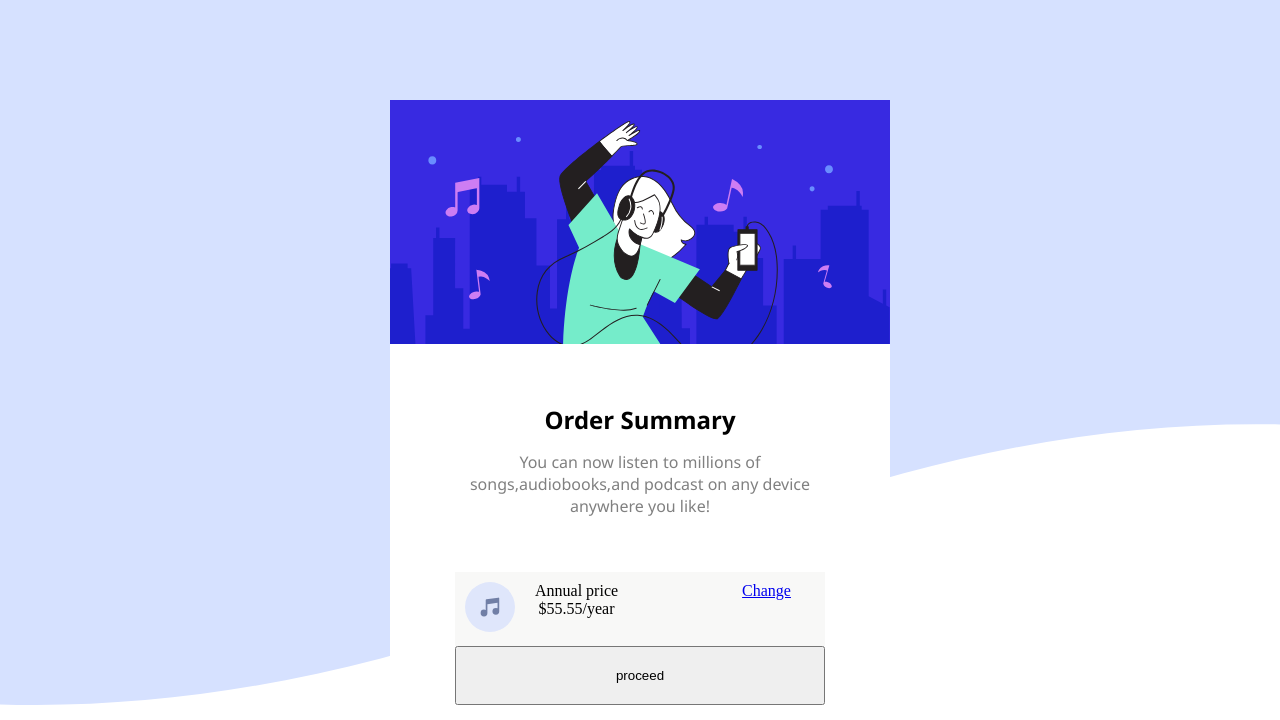
Repository: Eugene44-hub/newbie-project
Page: index.html
These files come from the project's save history. The page is drawn as it stood at one moment and after the next save; the edit follows.
The browser window is 1280 px wide. The pictures show the whole page.

Above is the page before, as saved 2021-08-29 03:54:39.

### index.html
<!DOCTYPE html>
<html lang="en">

<head>
    <link rel="stylesheet" href="style.css">
    <meta charset="UTF-8">
    <meta http-equiv="X-UA-Compatible" content="IE=edge">
    <meta name="viewport" content="width=device-width, initial-scale=1.0">
    <title>Document</title>
</head>

<body>
    <div class="container">

        <div class="card-container">
            <div class="card">
                <div class="content">
                    <img src="illustration-hero.svg">
                    <div class="text">
                        <h2>Order Summary</h2>
                        <p>You can now listen to millions of songs,audiobooks,and podcast on any device anywhere you like!</p>
                    </div>
                    <div class="musicCard">
                        <div class=musicIcon> <img src="icon-music.svg" id="icon" alt=""></div>
                        <div class="sub">Annual price <br>$55.55/year
                        </div>
                        <div class="link">
                            <a href="#">Change</a>
                        </div>

                    </div>
                    <button>
                        proceed
                    </button>
                </div>

            </div>
        </div>

    </div>
</body>

</html>

### style.css
* {
    padding: 0;
    margin: 0;
}

.container {
    background-image: url('pattern-background-desktop.svg');
    background-repeat: no-repeat;
    background-position: center;
    background-size: cover;
}

.card-container {
    display: flex;
    justify-content: center;
    align-content: center;
    padding-top: 100px;
}

img {
    width: 100%;
}

.card {
    flex: 50%;
    max-width: 500px;
}

.content {
    text-align: center;
    background-color: white;
}

h2,
p {
    font-family: 'Segoe UI', Tahoma, Geneva, Verdana, sans-serif;
}

.text {
    padding: 55px;
}

h2 {
    margin-bottom: 15px;
}

p {
    color: grey;
}

.musicCard {
    display: flex;
    justify-content: center;
    align-content: center;
    width: 70%;
    margin: auto;
    background-color: rgb(248, 248, 247);
    padding: 10px;
    flex-wrap: wrap;
}

.link {
    flex: 10%;
    margin-left: 100px;
}

.musicIcon {
    flex: 80%;
    max-width: 50px;
    margin-right: 20px;
}

.price {
    flex: 10%;
    text-align: right;
}

button {
    width: 74%;
    margin: auto;
    padding: 20px;
v}

After the next save:
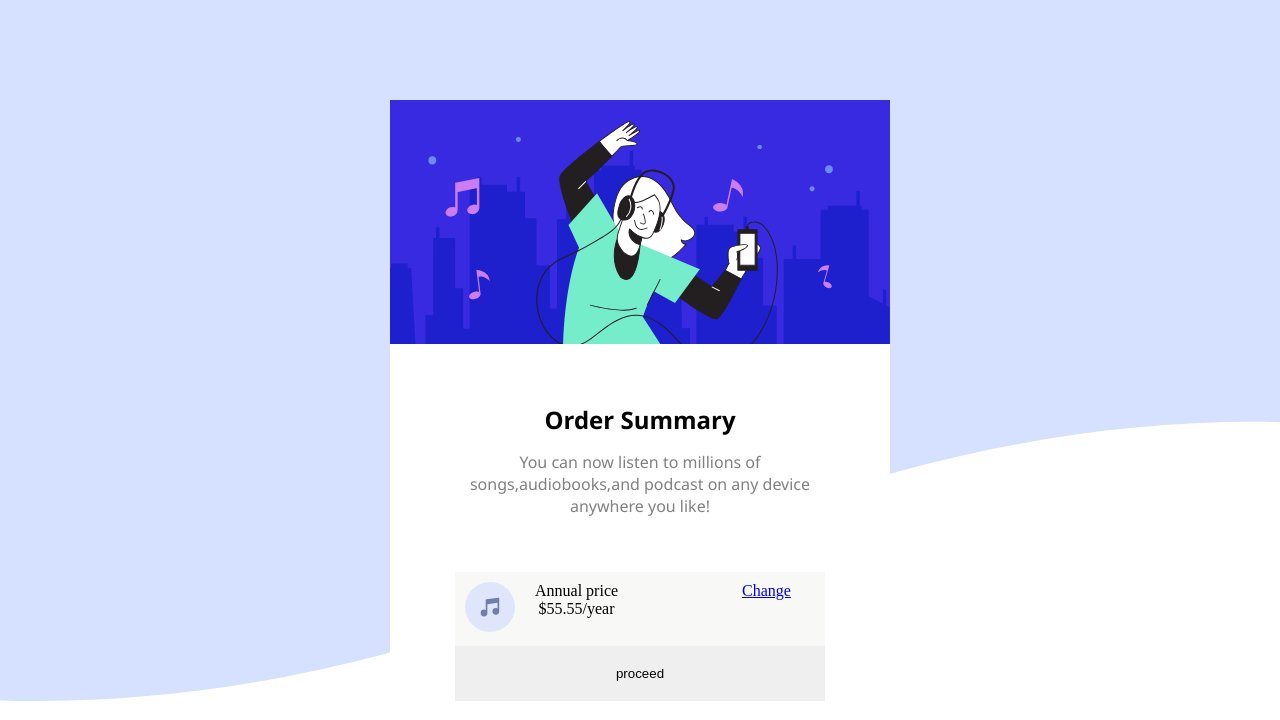
Saved 7 s later.
--- a/style.css
+++ b/style.css
@@ -79,4 +79,5 @@ button {
     width: 74%;
     margin: auto;
     padding: 20px;
-v}
+    border: none;
+}
